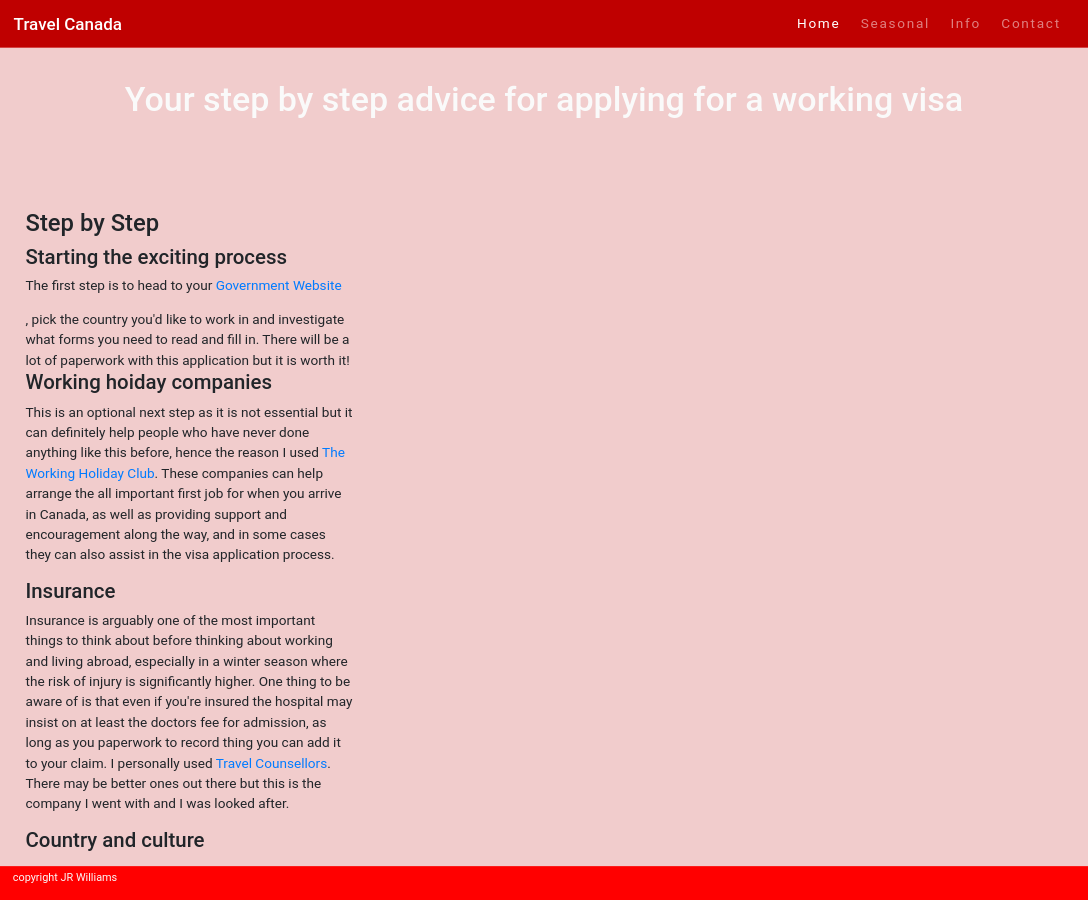
Repository: JonWil91/Travel-Canada
Page: info.html
The author's editor kept a record of every edit. The page is drawn from the files as they stood at one moment, then again after the next edit.
The browser window is 1280 px wide. The pictures show the whole page, at 85% of full size.
Some web libraries are served in a nearby version.

Above is the page before.

### info.html
<!DOCTYPE html>
<html lang="en">

<head>
    <meta charset="UTF-8">
    <meta name="viewport" content="width=device-width, initial-scale=1.0">
    <meta http-equiv="X-UA-Compatible" content="ie=edge">
    <title>Canada</title>
    <link rel="stylesheet" href="https://stackpath.bootstrapcdn.com/bootstrap/4.3.1/css/bootstrap.min.css" integrity="sha384-ggOyR0iXCbMQv3Xipma34MD+dH/1fQ784/j6cY/iJTQUOhcWr7x9JvoRxT2MZw1T" crossorigin="anonymous">
    <link href="https://fonts.googleapis.com/css?family=Montserrat:200,400,500i&display=swap" rel="stylesheet">
    <link rel="stylesheet" href="https://use.fontawesome.com/releases/v5.6.1/css/all.css" integrity="sha384-gfdkjb5BdAXd+lj+gudLWI+BXq4IuLW5IT+brZEZsLFm++aCMlF1V92rMkPaX4PP" crossorigin="anonymous">
    <link rel="stylesheet" href="css/style.css" type="text/css" />


    <body>

        <!-- navbar -->

        <div class="container-fluid navalert-container">
            <nav class="navbar navbar-dark navbar-expand-sm">
                <a href="/" class="navbar-brand">Travel Canada</a>
                <button class="navbar-toggler ml-auto" type="button" data-toggle="collapse" data-target="#navbarNavDropdown" aria-controls="navbarNavDropdown" aria-expanded="false" aria-label="Toggle
        navigation">
            <span class="navbar-toggler-icon"></span>
        </button>
                <div class="collapse navbar-collapse" id="navbarNavDropdown">
                    <ul class="navbar-nav ml-auto">
                        <li class="active nav-item mr-2"><a class="nav-link" href="index.html">Home</a></li>
                        <li class="nav-item mr-2"><a class="nav-link" href="seasonal.html">Seasonal</a></li>
                        <li class="nav-item mr-2"><a class="nav-link" href="info.html">Info</a></li>
                        <li class="nav-item mr-2"><a class="nav-link" href="contact.html">Contact</a></li>

                    </ul>
                </div>
            </nav>
        </div>


        <div class="container-fluid info-container">
            <!-- Callout -->
            <div class="row">
                <div class="col-12">
                    <section class="callout jumbotron text-center">
                        <h1 class="jumbotron-header">Your step by step advice for applying for a working visa</h1>
                    </section>
                </div>
            </div>
        </div>


        <div class="container-fluid">
            <div class="col-md-4 bg-color-work-history section-column">
                <div class="row">
                    <div class="col-12">
                        <h3 class="history-heading uppercase">
                            Step by Step
                        </h3>
                    </div>
                </div>
                <div class="history-items">
                    <div class="timeline-item">
                        <h4>Starting the exciting process</h4>
                        <p>The first step is to head to your <a href="https://www.gov.uk/foreign-travel-advice/canada/entry-requirements" target="_blank">Government Website</a></p>, pick the country you'd like to work in and investigate what forms you need
                        to read and fill in. There will be a lot of paperwork with this application but it is worth it!
                    </div>
                    <div class="timeline-item">
                        <h4>Working hoiday companies</h4>
                        <p>This is an optional next step as it is not essential but it can definitely help people who have never done anything like this before, hence the reason I used
                            <a href="https://www.theworkingholidayclub.com/canada/" target="_blank">The Working Holiday Club</a>. These companies can help arrange the all important first job for when you arrive in Canada, as well as providing support
                            and encouragement along the way, and in some cases they can also assist in the visa application process.</p>
                    </div>
                    <div class="timeline-item">
                        <h4>Insurance</h4>
                        <p>Insurance is arguably one of the most important things to think about before thinking about working and living abroad, especially in a winter season where the risk of injury is significantly higher. One thing to be aware of is
                            that even if you're insured the hospital may insist on at least the doctors fee for admission, as long as you paperwork to record thing you can add it to your claim. I personally used <a href="https://www.travelcounsellors.co.uk/gb/leisure"
                                target="_blank">Travel Counsellors</a>. There may be better ones out there but this is the company I went with and I was looked after.</p>
                    </div>
                    <div class="timeline-item">
                        <h4>Country and culture</h4>
                        <p></p>
                    </div>
                </div>
            </div>
        </div>











        <!-- footer -->

        <div class="container-fluid footer">
            <div class="row">
                <div class="col-12">
                    <p class="ml-auto"><small>copyright JR Williams</small></p>

                </div>
            </div>
        </div>


        <!-- /footer -->

### css/style.css
body {
    font-family: 'Roboto', sans-serif;
    background-color: #f1cccc;
}

/* landing page */

.callout-container {
    height: 100vh;
    background: url("../images/canada-landing-page.jpg") no-repeat bottom right fixed;
    -webkit-background-size: cover;
    -moz-background-size: cover;
    -o-background-size: cover;
    background-size: cover;

    display: flex;
    justify-content: center;
    position: relative;
}

.jumbotron {
    background-color: transparent;
    margin-top: 30px;
    color: #fafafa;
}

.lead {
    margin-top: 50px;
    color: #de5858;
    font-family: 'Roboto', sans-serif;
    font-weight: 600;

}


/* /landing page */

/* Navbar */

.navalert-container {
    position: absolute;
    top: 0;
    left: 0;
    padding-left: 0;
    padding-right: 0;
    z-index: 1;
    background-color: #ff0000;
}

.navbar {
    margin-bottom: 0;
    border: 0;
    width: 100%;
    background-color: rgba(0, 0, 0, 0.25);
}

.navbar .navbar-toggler {
    border: none;
}

.navbar-brand {
    font-weight: 500;
}

.navbar-nav {
    letter-spacing: 2px;
}

/* /navbar */

/* seasonal */

.title-container {
    display: flex;
    justify-content: center;
    position: relative;
}

.container-subheading {
    display: flex;
    justify-content: center;
    position: relative;
}

.img-fluid {
    width: 100vh;
    height: 65vh;
    border-radius: 20px;
}


.icon {
    color: #e82e2e;
    padding: 10px;
    transition: all 0.3s ease 0s;
}

.icon:hover {
    color: #f59e42;
}

.season-title {
    padding: 0 0 20px 0;

}

/* /seasonal */

/* Footer */

.footer {
    background-color: #ff0000;
    color: #fafafa;
    float: right;
}

/* /footer */

After the next edit:
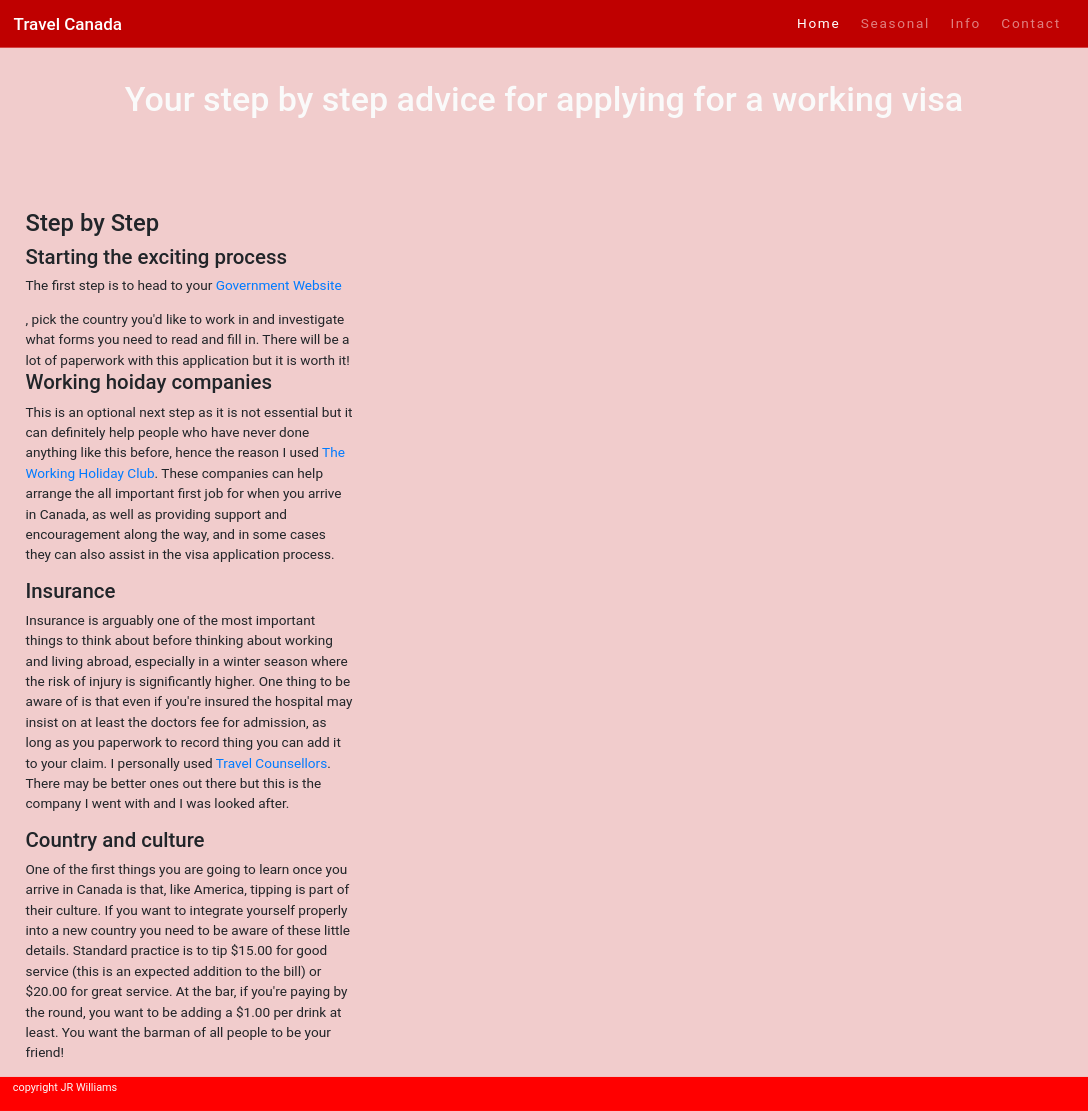
The edit:
--- a/info.html
+++ b/info.html
@@ -77,7 +77,9 @@
                     </div>
                     <div class="timeline-item">
                         <h4>Country and culture</h4>
-                        <p></p>
+                        <p>One of the first things you are going to learn once you arrive in Canada is that, like America, tipping is part of their culture. If you want to integrate yourself properly into a new country you need to be aware of these little
+                            details. Standard practice is to tip $15.00 for good service (this is an expected addition to the bill) or $20.00 for great service. At the bar, if you're paying by the round, you want to be adding a $1.00 per drink at least.
+                            You want the barman of all people to be your friend!</p>
                     </div>
                 </div>
             </div>
